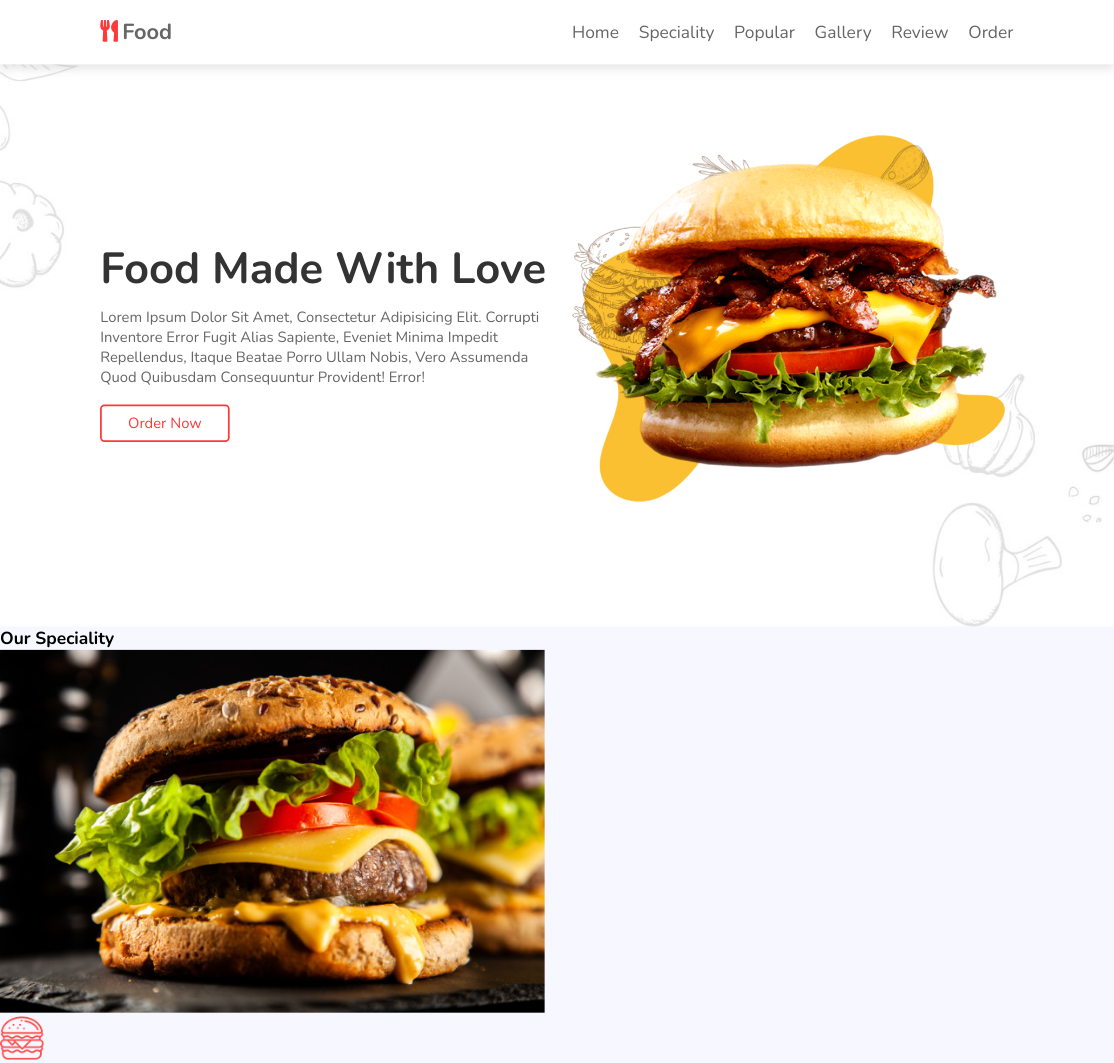
Repository: ManhTanVN/food
Page: index.html
An editor plug-in stored every save of this project. The page is shown before and after the next save, followed by the edit.
The browser window is 1280 px wide. The pictures show the whole page, at 87% of full size.
The style sheet was rebuilt from its Sass, Less or Tailwind sources for each picture, by a compiler version that may differ from the author's.

Above is the page before, as saved 2021-08-29 15:31:47.

### index.html
<!DOCTYPE html>
<html lang="en">
<head>
    <meta charset="UTF-8">
    <meta http-equiv="X-UA-Compatible" content="IE=edge">
    <meta name="viewport" content="width=device-width, initial-scale=1.0">
    <title>Document</title>
    <!-- font awe-some CDN -->
    <link rel="stylesheet" href="https://cdnjs.cloudflare.com/ajax/libs/font-awesome/5.15.4/css/all.min.css">

    <!-- custom css -->
    <link rel="stylesheet" href="./assets/css/style.css">
</head>
<body>
    <!-- header section start -->
    <header>
        <a href="#" class="logo"><i class="fas fa-utensils"></i>food</a>
        <div id="menu-bar" class="fas fa-bars"></div>
        <nav class="navbar">
            <a href="#home">home</a>
            <a href="#speciality">speciality</a>
            <a href="#popular">popular</a>
            <a href="#gallery">gallery</a>
            <a href="#review">review</a>
            <a href="#order">order</a>
        </nav>
    </header>
    <!-- header section end -->

    <!-- home section starts -->
    <section class="home" id="home">
        <div class="home__content">
            <h3>food made with love</h3>
            <p>Lorem ipsum dolor sit amet, consectetur adipisicing elit. Corrupti inventore error fugit alias sapiente, eveniet minima impedit repellendus, itaque beatae porro ullam nobis, vero assumenda quod quibusdam consequuntur provident! Error!</p>
            <a href="#" class="btn">order now</a>
        </div>
        <div class="home__image">
            <img src="./assets/images/home-img.png" alt="">
        </div>


    </section>
    <!-- home section ends -->

    <!-- speciality section starts -->
    <div class="speciality" id="speciality">
        <h1 class="speciality__heading">our <span>speciality</span></h1>
        <div class="speciality__box-container">
            <div class="speciality__box">
                <img src="./assets/images/s-img-1.jpg" alt="">
                <div class="speciality__box-content">
                    <img src="./assets/images/s-1.png" alt="">
                </div>
            </div>
        </div>
    </div>
    <!-- speciality section ends -->

<!-- custom js -->
<script src="./assets/js/main.js"></script>
</body>
</html>

### assets/js/main.js
let menu = document.querySelector("#menu-bar");
let navbar = document.querySelector(".navbar");

menu.onclick = () =>{
    menu.classList.toggle('fa-times');
    navbar.classList.toggle('active');
}

window.onscroll = () => {
    menu.classList.remove('fa-times');
    navbar.classList.remove('active');
}

### sass/style.scss
@import url('https://fonts.googleapis.com/css2?family=Nunito:wght@200;300;400;600;700&display=swap');
@import './mixin';
@import './variables';
@import './animation';
@import './base';
@import './header';
@import './menu-bar';
@import './home';
@import './btn';

@import './_media';

### sass/_mixin.scss
@mixin responsive($breakpoint) {
    @if $breakpoint == tablet {
        @media (max-width:991px) {@content}
    };

    @if $breakpoint == phone {
        @media (max-width: 768px) {@content}
    };

    @if $breakpoint == small {
        @media (max-width: 400px) {@content}
    };
}

### sass/_variables.scss
$color-red: #ff3838;

### sass/_animation.scss
@keyframes float {
    0%, 100% {
        transform: translateY(0rem)
    };

    50% {
        transform: translateY(03rem)
    }
}

### sass/_base.scss
* {
    font-family: 'Nunito', sans-serif;
    padding: 0; margin: 0;
    box-sizing: border-box;
    border: 0; outline: none;
    text-transform: capitalize;
    text-decoration: none;
    transition: all .2s linear;
}

*::selection {
    background: $color-red;
    color: #fff;
}

html {
    font-size: 62.5%;
    overflow-x: hidden;
    scroll-behavior: smooth;
    scroll-padding-top: 6rem;
    @include responsive (tablet) {
        font-size: 55%;
    }

    @include responsive (small) {
        font-size: 50%;

    }
}

body {
    background: #f7f7ff;
}

section {
    padding: 2rem 9%;
    @include responsive (tablet){
        padding: 2rem;
    }
}

### sass/_header.scss
header {
    position: fixed;
    top: 0;
    left: 0;
    right: 0;
    z-index: 9999;
    background: #fff;
    padding: 2rem 9%;
    box-shadow: 0 0.5rem 1rem rgba(0,0,0,.1);
    display: flex;
    justify-content: space-between;
    align-items: center;
    @include responsive (tablet) {
        padding: 2rem;
    }

}
header .logo {
    font-size: 2.5rem;
    font-weight: bold;
    color: #666;
}
header .logo i {
    padding-right: .5rem;
    color: $color-red;
}
header .navbar a {
    font-size: 2rem;
    margin-left: 2rem;
    color: #666;

    @include responsive (phone) {
        margin: 1.5rem;
        padding: 1.5rem;
        display: block;
        border: .2rem solid rgba(0,0,0,.1);
        border-left: .5rem solid $color-red;
        background: #fff;
    }
}

header .navbar a:hover {
    color: $color-red;
}

header .navbar {
    @include responsive (phone) {
        position: absolute;
        top: 100%;
        right: 0;
        left: 0;
        background: #f7f7f7;
        border-top: .1rem solid rgba(0,0,0,.1);
        clip-path: polygon(0 0, 100% 0 , 100% 0 , 0 0);
        // -webkit-clip-path :(0 0, 100% 0 , 100% 0 , 0 0);
    }
}
header .navbar.active {
    @include responsive (phone) {
        clip-path: polygon(0 0, 100% 0 , 100% 100% , 0 100%);

    }
}

### sass/_menu-bar.scss
#menu-bar {
    font-size: 3rem;
    cursor: pointer;
    color: #666;
    border: .1rem solid #666;
    border-radius: .3rem;
    padding: .5rem 1.5rem;
    display: none;

    @include responsive (phone) {
        display: initial;
    }

}

### sass/_home.scss
.home {
    display: flex;
    flex-wrap: wrap;
    gap: 1.5rem;
    min-height: 100vh;
    align-items: center;
    background: url(../assets/images/home-bg.jpg) no-repeat;
    // background: url(../assets/images/pic1.png);
    // background: gold;
    background-size: cover;
    background-position: center;

    &__content{
        flex: 1 1 40rem;
        padding-top: 6.5rem;

        & h3{
            font-size: 5rem;
            color: #333;
        }
        & p{
            font-size: 1.7rem;
            color: #666;
            padding: 1rem 0;
        }
    }
    &__image {
        flex: 1 1 40rem;

    }
    &__image img {
        width: 100%;
        padding: 1rem;
        animation: float 3s linear infinite;
    }
}

### sass/_btn.scss
.btn {
    display: inline-block;
    padding: .8rem 3rem;
    border: .2rem solid $color-red;
    color: $color-red;
    cursor: pointer;
    font-size: 1.7rem;
    border-radius: .5rem;
    position: relative;
    overflow: hidden;
    z-index: 0;
    margin-top: 1rem;
    &::after {
        content: "";
        position: absolute;
        top: 0;
        right: 0;
        width: 0;
        height: 100%;
        background: $color-red;
        transition: .2s linear;
        z-index: -1;
    }

    &:hover::after {
        width: 100%;
        left: 0;;
    }
    &:hover {
        color: #fff;
    }
}

### sass/__media.scss
@media (max-width: 991px) {
    html {
    }
    header {

    }
}

@media (max-width: 768px) {


    .menu-bar {

    }
}

After the next save:
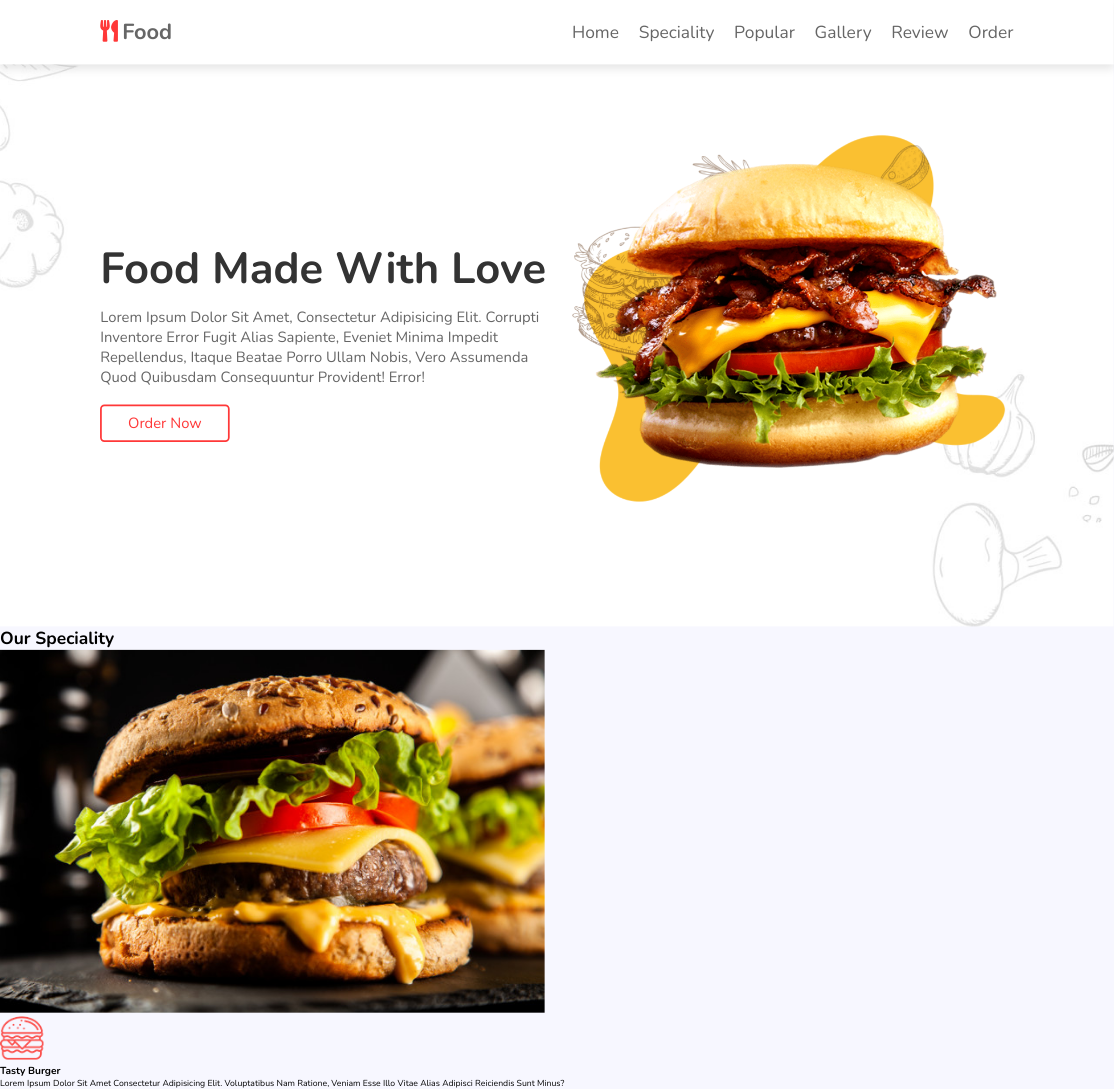
Saved 3 min 35 s later.
--- a/index.html
+++ b/index.html
@@ -46,10 +46,12 @@
     <div class="speciality" id="speciality">
         <h1 class="speciality__heading">our <span>speciality</span></h1>
         <div class="speciality__box-container">
-            <div class="speciality__box">
-                <img src="./assets/images/s-img-1.jpg" alt="">
-                <div class="speciality__box-content">
+            <div class="box">
+                <img class="box__image" src="./assets/images/s-img-1.jpg" alt="">
+                <div class="box__content">
                     <img src="./assets/images/s-1.png" alt="">
+                    <h3>tasty burger</h3>
+                    <p>Lorem ipsum dolor sit amet consectetur adipisicing elit. Voluptatibus nam ratione, veniam esse illo vitae alias adipisci reiciendis sunt minus?</p>
                 </div>
             </div>
         </div>
